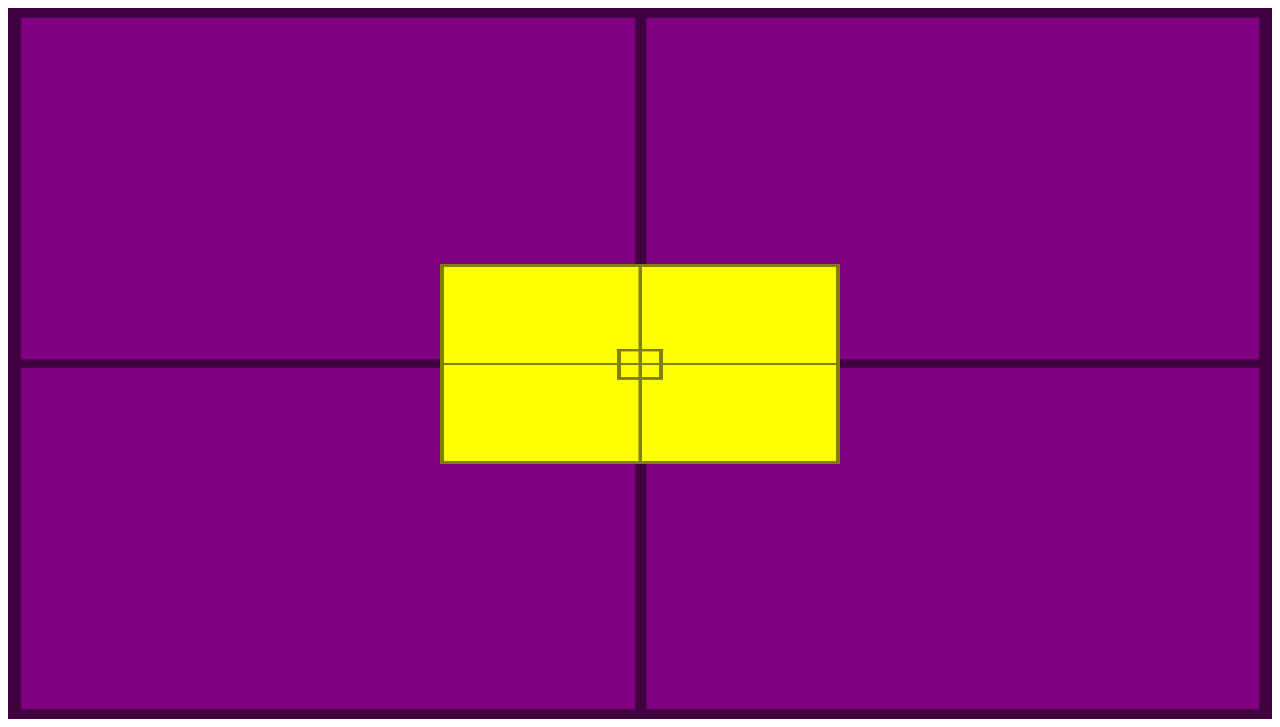
Repository: Leonngc/html-css
Page: Exercicios/ex023/fundo007.html
The author's editor kept a copy of each file at every save. The page is drawn from the files as they stood at one save, then again after a run of saves.
The browser window is 1280 px wide. The pictures show the whole page.

Above is the page before, as saved 2022-10-27 19:51:39.

### Exercicios/ex023/fundo007.html
<!DOCTYPE html>
<html lang="pt-br">
<head>
    <meta charset="UTF-8">
    <meta http-equiv="X-UA-Compatible" content="IE=edge">
    <meta name="viewport" content="width=device-width, initial-scale=1.0">
    <title>Alinhamento vertical</title>
    <style>
        #container{
            background-image: url(imagens/target001.png);
            background-size: 100% 100%;
            position: relative;
            height: 96vh;
            padding: 10px;
            background-color: purple;
        }

        #conteudo{
            background-image: url(imagens/target001.png);
            background-size: 100% 100%;
            position: absolute;
            height: 200px;
            width: 400px;
            background-color: yellow;

            left: 50%;
            top: 50%;

            transform: translate(-50%, -50%);
        }
    </style>
</head>
<body>
    <section id="container">
        <article id="conteudo">

        </article>
    </section>
</body>
</html>

After the next 2 saves:
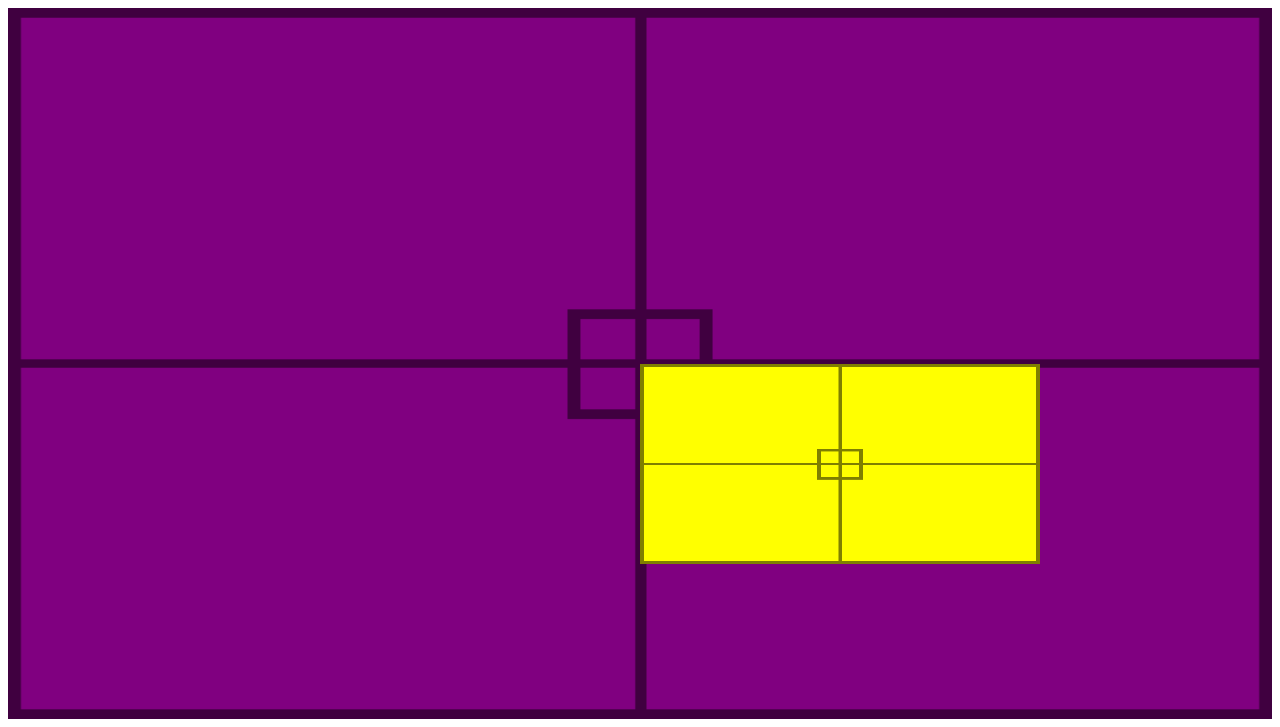
The 2 saves are shown as one change because they came seconds apart.
The last was saved 99 s later.
--- a/Exercicios/ex023/fundo007.html
+++ b/Exercicios/ex023/fundo007.html
@@ -26,7 +26,7 @@
             left: 50%;
             top: 50%;
 
-            transform: translate(-50%, -50%);
+            transform: matrix()(-50%, -50%);
         }
     </style>
 </head>

After the 2 saves that followed:
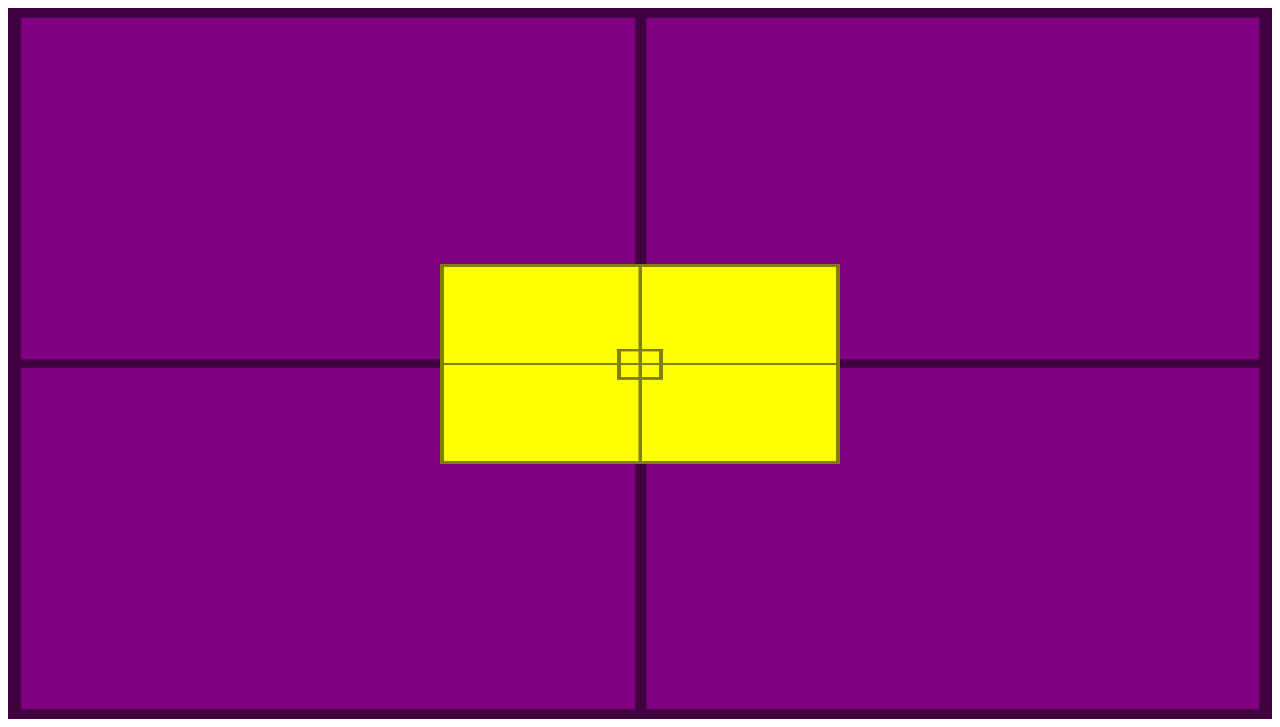
The 2 saves are shown as one change because 1 left the picture as it was.
The last was saved 14 s later.
--- a/Exercicios/ex023/fundo007.html
+++ b/Exercicios/ex023/fundo007.html
@@ -26,7 +26,7 @@
             left: 50%;
             top: 50%;
 
-            transform: matrix()(-50%, -50%);
+            transform: translate(-50%, -50%);
         }
     </style>
 </head>
